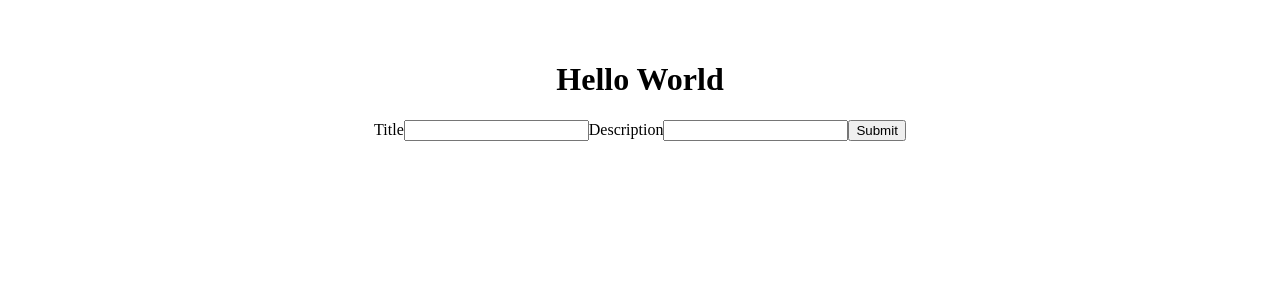
Repository: VishwaGoswami1407/todo-react-frontend
Page: /
The author's editor kept a copy of each file at every save. The page is drawn from the files as they stood at one save, then again after the next save.
The browser window is 1280 px wide. The pictures show the whole page.
The project was rebuilt for these pictures with package versions that can differ from the ones it lists, and the page was loaded fresh each time. Also part of the build but not shown: vite.config.js.

Above is the page before, as saved 2024-10-27 22:55:41.

After the next save:
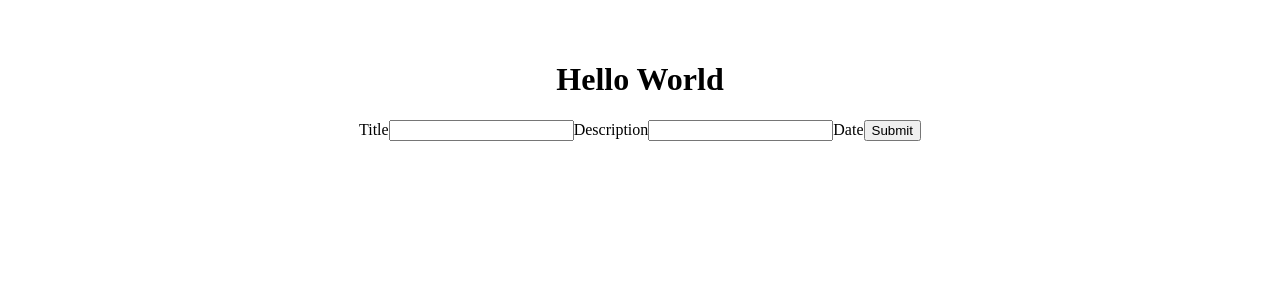
Saved 10 s later.
--- a/src/App.jsx
+++ b/src/App.jsx
@@ -9,7 +9,7 @@ function App() {
      <input type="text" name="title" />
      <label>Description</label>
      <input type="text" name="description" />
-     <label></label>
+     <label>Date</label>
      <button type="submit">Submit</button>
 
     </>
